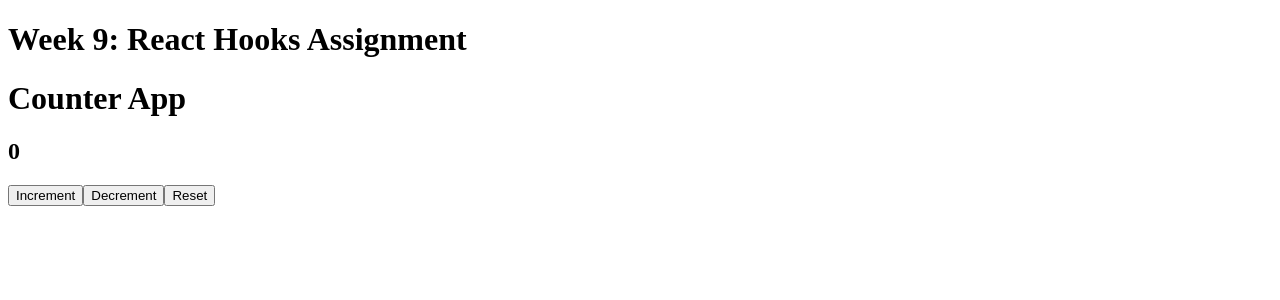
Repository: Daki-builds/REACT-HOOKS
Page: /
An editor plug-in stored every save of this project. The page is shown before and after the next save, followed by the edit.
The browser window is 1280 px wide. The pictures show the whole page.
The project was rebuilt for these pictures with package versions that can differ from the ones it lists, and the page was loaded fresh each time. Also part of the build but not shown: vite.config.js, src/index.css.

Above is the page before, as saved 2026-10-28 09:44:00.

### index.html
<!doctype html>
<html lang="en">
  <head>
    <meta charset="UTF-8" />
    <link rel="icon" type="image/svg+xml" href="/favicon.svg" />
    <meta name="viewport" content="width=device-width, initial-scale=1.0" />
    <title>week9-hooks-practice</title>
  </head>
  <body>
    <div id="root"></div>
    <script type="module" src="/src/main.jsx"></script>
  </body>
</html>

### src/App.jsx
import Counter from "./components/Counter";

function App() {
  return (
    <div>
      <h1>Week 9: React Hooks Assignment</h1>
      <Counter />
    </div>
  );
}

export default App;

### src/components/Counter.jsx
import React, { useState } from "react";

function CounterApp() {
  const [count, setCount] = useState(0);

  const increment = () => {
    setCount((Count) => Count + 1);
  };

  const decrement = () => {
    setCount((Count) => Count - 1);
  };

  const reset = () => {
    setCount(0);
  };

  return (
    <div>
      <h1 className="counter-title">Counter App</h1>
      <h2>{count}</h2>

      <div>
        <button onClick={increment} className="btn-primary">
          Increment
        </button>
        <button onClick={decrement} className=" btn-secondary">
          Decrement
        </button>
        <button onClick={reset} className="btn-danger">
          Reset
        </button>
      </div>
    </div>
  );
}

export default CounterApp;

### src/App.css
* {
  margin: 0;
  padding: 0;
}

.app-title {
  text-align: center;
  margin-top: 20px;
  font-size: 24px;
  color: #333;
}
.counter-title {
  text-align: center;
  margin-top: 20px;
  font-size: 20px;
  color: #555;
}

.btn-primary {
  background-color: #007bff;
  color: white;
  border: none;
  padding: 10px 20px;
  margin: 5px;
  cursor: pointer;
}

.btn-secondary {
  background-color: #6c757d;
  color: white;
  border: none;
  padding: 10px 20px;
  margin: 5px;
  cursor: pointer;
}
.btn-danger {
  background-color: #dc3545;
  color: white;
  border: none;
  padding: 10px 20px;
  margin: 5px;
  cursor: pointer;
}

Loaded but not shown: src/main.jsx (common file)

After the next save:
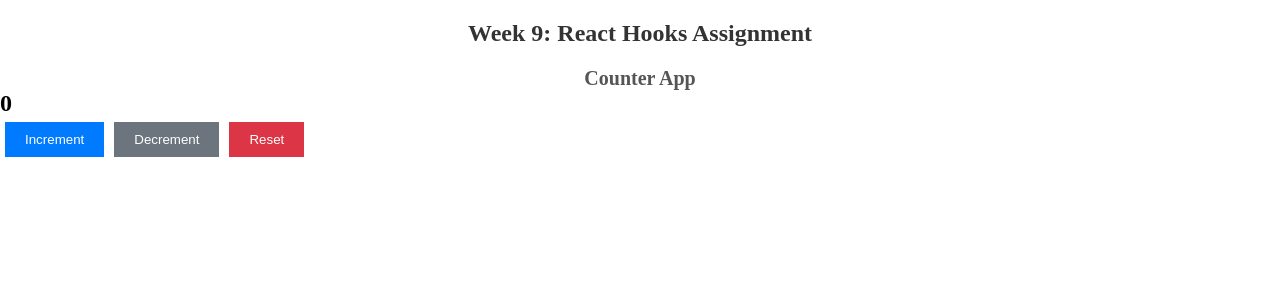
Saved 35 s later.
--- a/src/App.jsx
+++ b/src/App.jsx
@@ -1,9 +1,10 @@
 import Counter from "./components/Counter";
+import "./App.css";
 
 function App() {
   return (
     <div>
-      <h1>Week 9: React Hooks Assignment</h1>
+      <h1 className="app-title">Week 9: React Hooks Assignment</h1>
       <Counter />
     </div>
   );
